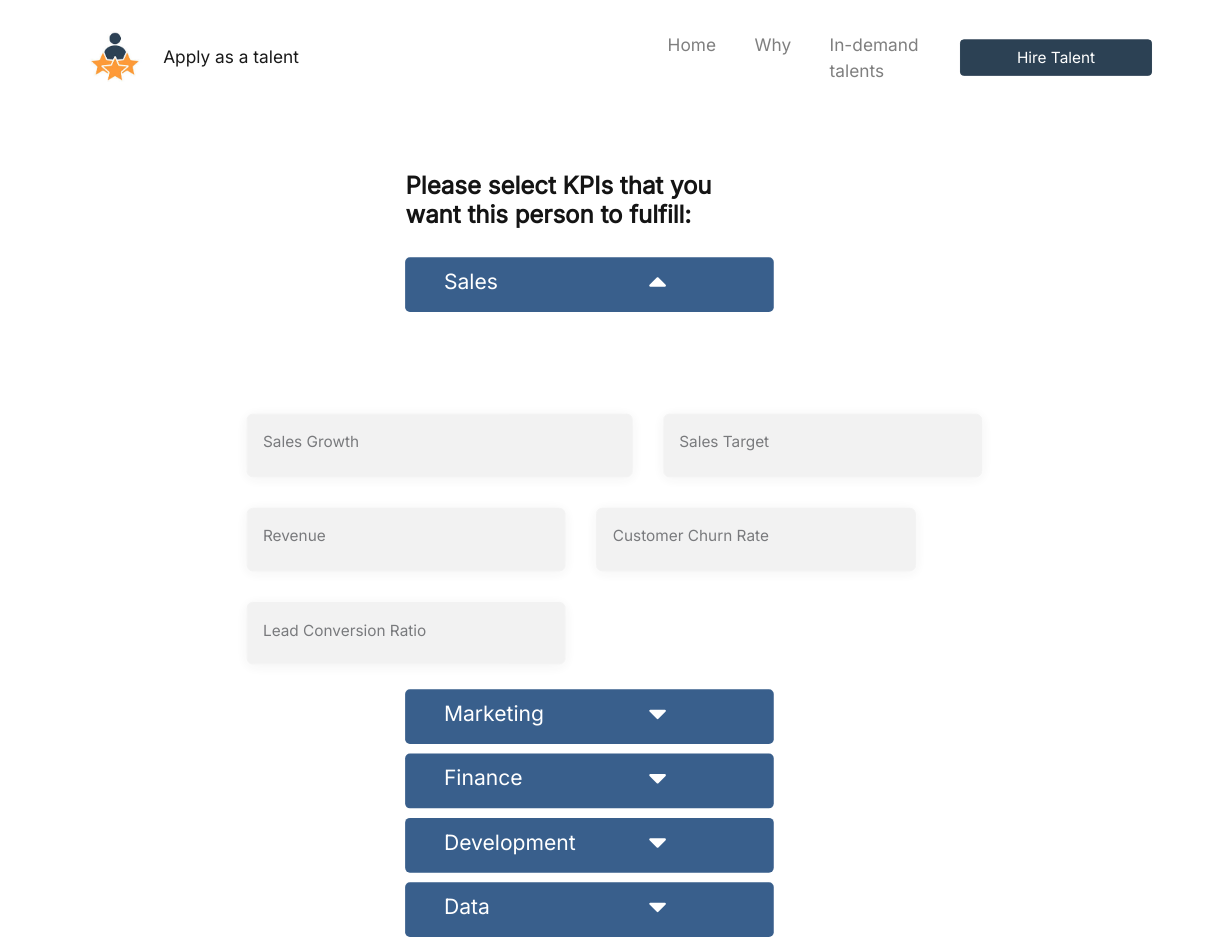
Repository: Ashwe9/talent-hire-reactJs
Page: /kpis, after clicking the first element matching `div.dropdown-box`
The author's editor kept a copy of each file at every save. The page is drawn from the files as they stood at one save, then again after a run of saves.
The browser window is 1280 px wide. The pictures show the whole page, at 96% of full size.
The project was rebuilt for these pictures with package versions that can differ from the ones it lists, and the page was loaded fresh each time. A package was used in the major version that the imports need, not the one package.json lists. Also part of the build but not shown: src/homePage/components/TrustedBy/TrustedBy.css, src/homePage/components/TrustedBy/TrustedBy.js, src/homePage/components/Roles/Roles.js, src/homePage/components/homePageFooter/HomePageFooter.css, src/homePage/components/homePageFooter/HomePageFooter.js, src/homePage/HomePage.js, src/projectDetails/ProjectDetails.js.

Above is the page before, as saved 2022-08-18 16:19:01.

### public/index.html
<!DOCTYPE html>
<html lang="en">
  <head>
    <meta charset="utf-8" />
    <link rel="icon" href="%PUBLIC_URL%/favicon.ico" />
    <meta name="viewport" content="width=device-width, initial-scale=1" />
    <meta name="theme-color" content="#000000" />
    <meta
      name="description"
      content="Web site created using create-react-app"
    />
    <link rel="apple-touch-icon" href="%PUBLIC_URL%/logo192.png" />
    <link rel="manifest" href="%PUBLIC_URL%/manifest.json" />
    <link rel="stylesheet" href="https://stackpath.bootstrapcdn.com/bootstrap/4.4.1/css/bootstrap.min.css" integrity="sha384-Vkoo8x4CGsO3+Hhxv8T/Q5PaXtkKtu6ug5TOeNV6gBiFeWPGFN9MuhOf23Q9Ifjh" crossorigin="anonymous">
    <link href='https://fonts.googleapis.com/css?family=Inter' rel='stylesheet'>

    <title>App</title>
  </head>
  <body>
    <noscript>You need to enable JavaScript to run this app.</noscript>
    <div id="root"></div>
    <script src="https://code.jquery.com/jquery-3.4.1.slim.min.js" integrity="sha384-J6qa4849blE2+poT4WnyKhv5vZF5SrPo0iEjwBvKU7imGFAV0wwj1yYfoRSJoZ+n" crossorigin="anonymous"></script>
    <script src="https://cdn.jsdelivr.net/npm/popper.js@1.16.0/dist/umd/popper.min.js" integrity="sha384-Q6E9RHvbIyZFJoft+2mJbHaEWldlvI9IOYy5n3zV9zzTtmI3UksdQRVvoxMfooAo" crossorigin="anonymous"></script>
    <script src="https://stackpath.bootstrapcdn.com/bootstrap/4.4.1/js/bootstrap.min.js" integrity="sha384-wfSDF2E50Y2D1uUdj0O3uMBJnjuUD4Ih7YwaYd1iqfktj0Uod8GCExl3Og8ifwB6" crossorigin="anonymous"></script>  </body>
</html>

### src/App.js
import React from 'react'
import { BrowserRouter as Router, Route, Switch } from 'react-router-dom';
import { HomePage } from './homePage/HomePage';
import KPISPage from './kpisPage/KPISPage';
import ProjectDetails from './projectDetails/ProjectDetails';

function App() {
  return (
    <Router>
      <Switch>
        <Route exact path="/" component={HomePage} />
        <Route exact path="/kpis" component={KPISPage} />
        <Route exact path="/projectdetails" component={ProjectDetails} />
      </Switch>
    </Router>
  );
}

export default App;

### src/kpisPage/KPISPage.js
import React from 'react'
import './KPISPage.css'
import { Navbar } from '../shared-components/Navbar/Navbar'
import Header from './Header'
import DropDown from './DropDown'

const KPISPage = () => {
  return (
    <div>
      <Navbar />
      <Header />
      <DropDown title="Sales"/>
      <DropDown title="Marketing"/>
      <DropDown title="Finance"/>
      <DropDown title="Development"/>
      <DropDown title="Data"/>
    </div>
  )
}

export default KPISPage

### src/shared-components/Navbar/Navbar.js
import React from 'react'
import './Navbar.css'
import { useHistory } from 'react-router-dom'

export const Navbar = () => {
  let history=useHistory();
  return (
    <nav className="navbar navbar-expand-lg navbar-light">
      <img src= {require('../../assets/icon.png')} className="icon"/>
      <a className="navbar-brand title" href="#">Apply as a talent</a>
      <button className="navbar-toggler" type="button" data-toggle="collapse" data-target="#navbarText" aria-controls="navbarText" aria-expanded="false" aria-label="Toggle navigation">
        <span className="navbar-toggler-icon"></span>
      </button>
      <div className="collapse navbar-collapse" id="navbarText">
        <ul className="navbar-nav mr-auto">
          <li className="nav-item">
            <a className="nav-link" href="#" onClick={() => {
                history.push('/');
              } }>Home</a>
          </li>

          <li className="nav-item">
            <a className="nav-link" href="#">Why</a>
          </li>
          <li className="nav-item">
            <a className="nav-link" href="#">In-demand talents</a>
          </li>
        </ul>
        <span className="navbar-text">
          <button className='btn btn-dark navbar-btn'>Hire Talent</button>
        </span>
      </div>
    </nav>
  )
}

### src/kpisPage/Header.js
import React from 'react'
import './Header.css'

const Header = () => {
  return (
    <div className='header-box'>
        <p className='header-by-title'>
            Please select KPIs that you want this person to fulfill:
        </p>
    </div>
  )
}

export default Header

### src/kpisPage/DropDown.js
import {FaCaretDown, FaCaretUp} from 'react-icons/fa'
import React , { useState } from 'react'
import './DropDown.css'
import { left } from '@popperjs/core'
import Talents from './Talents'


const DropDown = ({title}) => {
    const [x, setCount] = useState(0);
    const incrementCount = () => {
        setCount(x + 1);
      };

  return (
    <div>
        <div className='dropdown-box' onClick={incrementCount} >
            <p className='dropdown-title'>{title}</p>
            <a> { x%2===0 ? <FaCaretDown id='icon' size={30} style={{}} /> : <FaCaretUp id='icon' size={30} style={{}} />}</a>
        </div>
        { x%2===1 ? <Talents title={title}/> : <></>}
    </div>
  )
}

export default DropDown

### src/shared-components/Navbar/Navbar.css
.icon{
    width: 80px;
}

.title{
    font-family: "Inter";
    font-style: normal;
    font-weight: 500;
    font-size: 18px;
    line-height: 28px;
    align-items: center;
    color: #444444;
    padding-left: 10px;
}

#navbarText{
    margin-left: 30%;
}
.navbar-items{
    margin: 0 35%;

}

.nav-item{
    font-family: "Inter";
    font-style: normal;
    font-weight: 500;
    font-size: 18px;
    align-items: center;
    color: #444444;
    padding-left: 24px;
}

.navbar-btn{
    font-family: "Inter";
    font-style: bold;
    background: #2c4154;
    /* padding: 5px 50px; */
    border-color: #2c4154;
    width: 200px;
}

.navbar{
    margin: 10px 5%;
}

@media only screen and (max-width: 600px) {
    body {
      background-color: lightblue;
    }
  }

### src/homePage/components/Roles/Roles.css
.roles-box{
    margin: 10px 10%;
    padding: 0px 10%;
    margin-top: 7%;
}

.role-item-active{
    background: #FFFFFF;
    border: 1px solid #395F8C;
    box-sizing: border-box;
    box-shadow: 0px 4px 14px 1px rgba(0, 0, 0, 0.04);
    border-radius: 6px;
    display: flex;
    padding: 2%;
    margin: 2%;
}

.role-item{
    opacity: 0.8;
    background: #FFFFFF;
    border: 0.2px solid #8692A6;
    box-sizing: border-box;
    box-shadow: 0px 2px 14px 1px rgba(0, 0, 0, 0.06);
    border-radius: 6px;
    display: flex;
    padding: 2%;
    margin: 2%;
}


.role-check{
    margin-right: 3%;
    width: 35px;
    height: 35px;
    align-self: center;
    background-color: #395F8C;
}

.role-item-paragraph-active{
    font-family: "Inter";
    font-style: normal;
    font-weight: normal;
    font-size: 16px;
    display: flex;
    align-items: center;

    color: #395F8C;
}

.role-item-paragraph{
    font-family: "Inter";
    font-style: normal;
    font-weight: normal;
    font-size: 16px;
    display: flex;
    align-items: center;
    opacity: 0.8;
    color: #8692A6;
}

.roles-question{
    color:#395f8c;
    font-family: "Inter";
    font-style: normal;
    font-weight: 400;
    font-size: 20px;
    text-decoration-line: underline;
    text-underline-position: under;
}

@media only screen and (max-width: 700px) {
    h2{
        font-size: 20px;
    }
    .role-item-paragraph-active{
        font-size: 10px;
    }

    .role-item-paragraph{
        font-size: 10px;
    }
    .roles-question{
        font-size: 14px;
    }

  }
@media only screen and (max-width: 450px) {
    h2{
        font-size: 14px;
    }
    .role-item-paragraph-active{
        font-size: 8px;
    }

    .role-item-paragraph{
        font-size: 8px;
    }
    .roles-question{
        font-size: 10px;
    }
}

input[type="checkbox"] { /* change "blue" browser chrome to yellow */
    filter: invert(20%) hue-rotate(15deg) brightness(1.4);
  }

### src/kpisPage/Header.css
.header-box{
    margin: 30px 30%;
    padding: 3%;
    padding-bottom: 0%;
    align-items: center;
    width: 35%;
}

.header-by-title{
    font-family: "Inter";
    font-style: bolder;
    font-weight: 700;
    font-size: 25px;
    line-height: 30px;
    align-items: center;
    color: #141414;
}


@media only screen and (max-width: 700px) {

    .header-by-title{
        font-size: 16px;
    }

    .header-box{
        margin-left: 90px;
        width: 100%;
    }
  }
@media only screen and (max-width: 450px) {
    .header-by-title{
        font-size: 13px;
    }
    .header-box{
        margin-left: 70px;
        width: 100%;
    }
}

### src/kpisPage/DropDown.css
.dropdown-box{
    margin: 0px 33%;
    padding-top: 10px;
    padding-bottom: 1px;
    width: 30%;
    background-color: #395f8c;
    border-radius: 5px;
    display: flex;
    cursor: pointer;
    margin-bottom: 10px;

}

.dropdown-title{
    font-family: "Inter";
    font-style: bolder;
    font-weight: 300;
    font-size: 22px;
    line-height: 30px;
    align-items: center;
    color: white;
    margin-left: 40px;
}

#icon{
    color: white;
    position:absolute;
    right:580px;
}


@media only screen and (max-width: 700px) {

    .dropdown-title{
        font-size: 16px;
        margin-left: 0;
    }

    .dropdown-box{
        margin-left: 70px;
        width: 60%;
    }
    #icon{
        opacity: 0;
    }
  }
@media only screen and (max-width: 450px) {
    .dropdown-title{
        font-size: 11px;
        margin-left: 0;
    }
    .dropdown-box{
        margin-left: 70px;
        width: 60%;
    }

    #icon{
        opacity: 0;
    }
}

### src/kpisPage/Talents.js
import React from 'react'
import './Talents.css'
import { useState } from 'react'
const Talents = ({title}) => {
    const [checked_1, setChecked_1] = useState(false)
    const [checked_2, setChecked_2] = useState(false)
    const [checked_3, setChecked_3] = useState(false)
    const [checked_4, setChecked_4] = useState(false)
    const [checked_5, setChecked_5] = useState(false)
    const handle_1 = () =>{
      setChecked_1(!checked_1)
    }
    const handle_2 = () =>{
      setChecked_2(!checked_2)
    }
    const handle_3 = () =>{
      setChecked_3(!checked_3)
    }
    const handle_4 = () =>{
      setChecked_4(!checked_4)
    }
    const handle_5 = () =>{
      setChecked_5(!checked_5)
    }

    return (
        <div className='roles-box'>
          <form className='check-form'>
            <div className='row'>
              <div className={`col ${checked_1 ? "role-item-active" : "role-item"}`}>
                <label for="role_1" className={`${checked_1 ? "role-item-paragraph-active" : "role-item-paragraph"}`}>Sales Growth</label>
              </div>
              <div className={`col-5 ${checked_2 ? "role-item-active" : "role-item"}`}>
                <label for="role_2" className={`${checked_2 ? "role-item-paragraph-active" : "role-item-paragraph"}`}>Sales Target</label>
              </div>
            </div>
            <div className='row'>
              <div className={`col-5 ${checked_3 ? "role-item-active" : "role-item"}`}>
                <label for="role_3" className={`${checked_3 ? "role-item-paragraph-active" : "role-item-paragraph"}`}>Revenue</label>
              </div>
              <div className={`col-5 ${checked_4 ? "role-item-active" : "role-item"}`}>
                <label for="role_4" className={`${checked_4 ? "role-item-paragraph-active" : "role-item-paragraph"}`}>Customer Churn Rate</label>
              </div>
            </div>
            <div className='row'>
              <div className={`col-5 ${checked_5 ? "role-item-active" : "role-item"}`}>
                <label for="role_5" className={`${checked_5 ? "role-item-paragraph-active" : "role-item-paragraph"}`}>Lead Conversion Ratio</label>
              </div>
            </div>
          </form>
        </div>

      )
}

export default Talents

### src/kpisPage/Talents.css
.roles-box{
    margin-top: 7%;
}

.role-item-active{
    background: #FFFFFF;
    border: 1px solid #395F8C;
    box-sizing: border-box;
    box-shadow: 0px 4px 14px 1px rgba(0, 0, 0, 0.04);
    border-radius: 6px;
    display: flex;
}

.role-item{
    opacity: 0.8;
    background: #f0f0f0;
    border: 0.2px solid #f0f0f0;
    box-sizing: border-box;
    box-shadow: 0px 2px 14px 1px rgba(0, 0, 0, 0.06);
    border-radius: 6px;
    display: flex;
}


.role-check{
    width: 35px;
    height: 35px;
    align-self: center;
    background-color: #395F8C;
}

.role-item-paragraph-active{
    font-family: "Inter";
    font-style: normal;
    font-weight: normal;
    font-size: 16px;
    display: flex;
    align-items: center;

    color: #8692a6;
}

.role-item-paragraph{
    font-family: "Inter";
    font-style: normal;
    font-weight: normal;
    font-size: 16px;
    display: flex;
    align-items: center;
    opacity: 0.8;
    color: #333539;
}

.roles-question{
    color:#395f8c;
    font-family: "Inter";
    font-style: normal;
    font-weight: 400;
    font-size: 20px;
    text-decoration-line: underline;
    text-underline-position: under;
}

@media only screen and (max-width: 700px) {
    h2{
        font-size: 20px;
    }
    .role-item-paragraph-active{
        font-size: 10px;
    }

    .role-item-paragraph{
        font-size: 10px;
    }
    .roles-question{
        font-size: 14px;
    }

  }
@media only screen and (max-width: 450px) {
    h2{
        font-size: 14px;
    }
    .role-item-paragraph-active{
        font-size: 8px;
    }

    .role-item-paragraph{
        font-size: 8px;
    }
    .roles-question{
        font-size: 10px;
    }
}

input[type="checkbox"] { /* change "blue" browser chrome to yellow */
    filter: invert(20%) hue-rotate(15deg) brightness(1.4);
  }

Loaded but not shown: src/index.js (common file); src/reportWebVitals.js (common file); src/index.css (no stored copy; drawn as an empty file); src/kpisPage/KPISPage.css (no stored copy; drawn as an empty file)

After the next 2 saves:
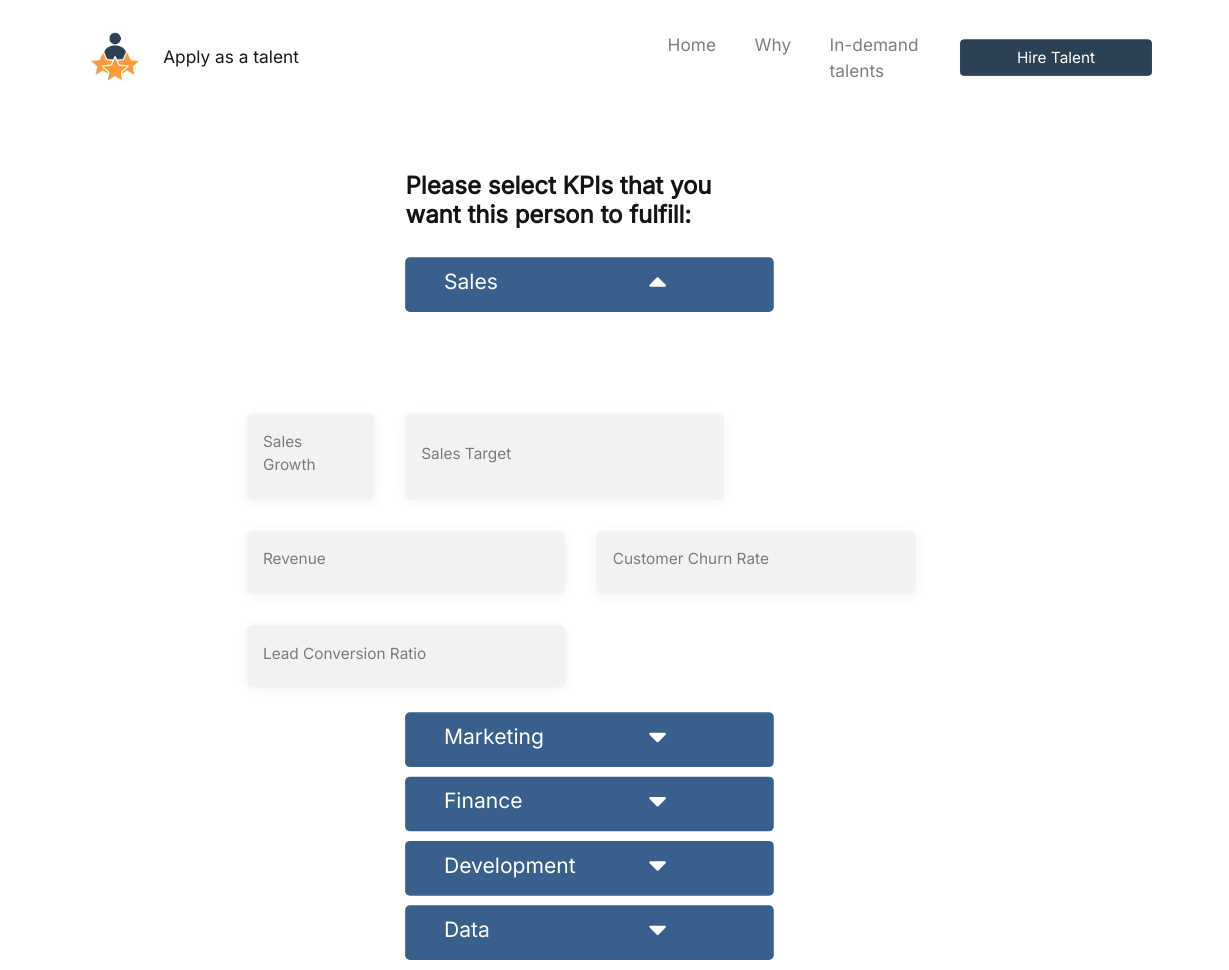
The 2 saves are shown as one change because they came seconds apart.
The last was saved 8 s later.
--- a/src/kpisPage/Talents.js
+++ b/src/kpisPage/Talents.js
@@ -27,7 +27,7 @@ const Talents = ({title}) => {
         <div className='roles-box'>
           <form className='check-form'>
             <div className='row'>
-              <div className={`col ${checked_1 ? "role-item-active" : "role-item"}`}>
+              <div className={`col-2 ${checked_1 ? "role-item-active" : "role-item"}`}>
                 <label for="role_1" className={`${checked_1 ? "role-item-paragraph-active" : "role-item-paragraph"}`}>Sales Growth</label>
               </div>
               <div className={`col-5 ${checked_2 ? "role-item-active" : "role-item"}`}>
